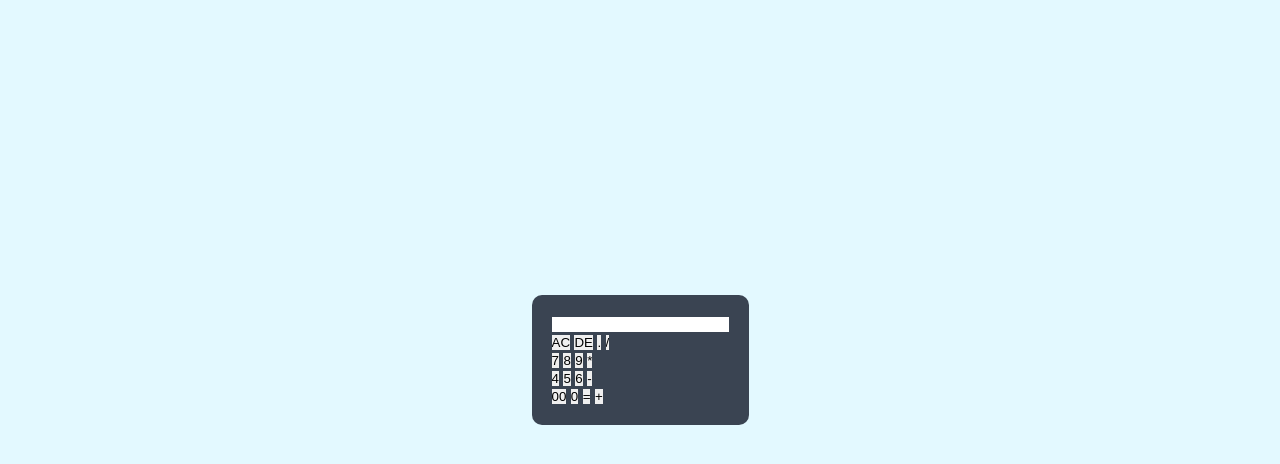
Repository: YAAMAR/calculator
Page: index.html
These files come from the project's save history. The page is drawn as it stood at one moment and after a run of saves; the edit follows.
The browser window is 1280 px wide. The pictures show the whole page.

Above is the page before, as saved 2024-05-02 21:30:46.

After the next 5 saves:
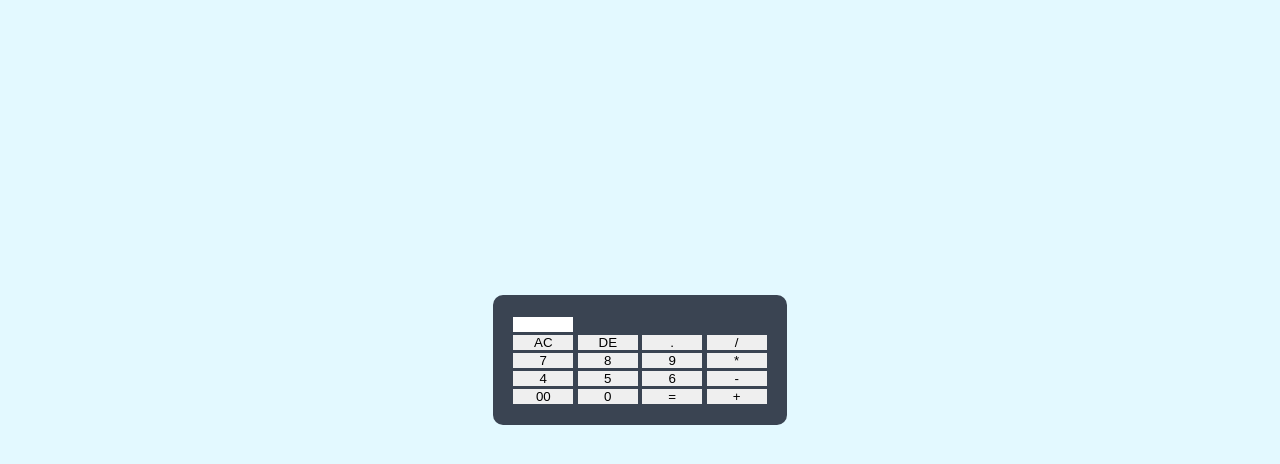
The 5 saves are shown as one change because they came seconds apart.
The last was saved 11 s later.
--- a/style.css
+++ b/style.css
@@ -20,5 +20,6 @@
 .calculator form input{
     border: 0;
     outline: 0;
-    width: ;
+    width: 60px;
+    height: ;
 }
